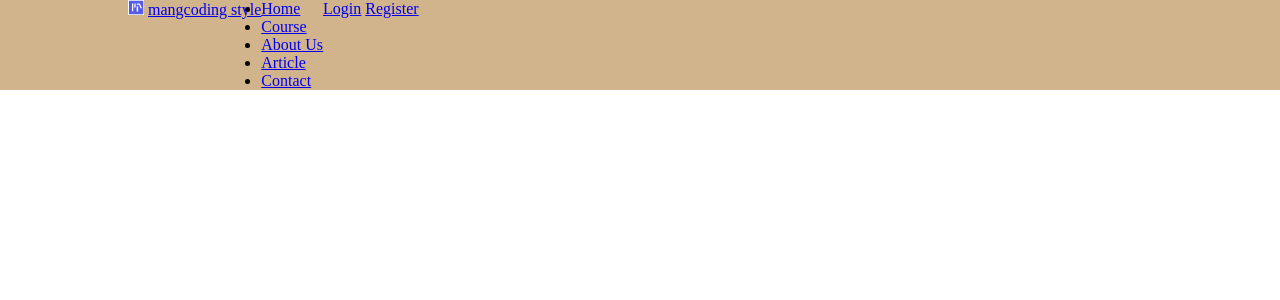
Repository: Dania-Alqam/landing-page
Page: index.html
An editor plug-in stored every save of this project. The page is shown before and after a run of saves, followed by the edit.
The browser window is 1280 px wide. The pictures show the whole page.

Above is the page before, as saved 2024-06-21 19:15:24.

After the next 3 saves:
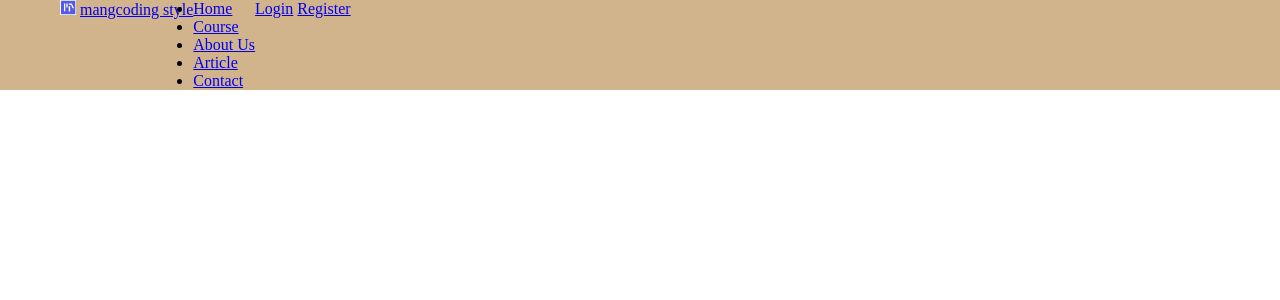
The 3 saves are shown as one change because they came seconds apart.
The last was saved 10 s later.
--- a/assests/css/main.css
+++ b/assests/css/main.css
@@ -5,7 +5,7 @@
 }
 .container{
     /* width from fugma is 60px from each side*/
-    width: 80%;
+    width: calc(100% - 120px);
     margin: auto;
 }
 
